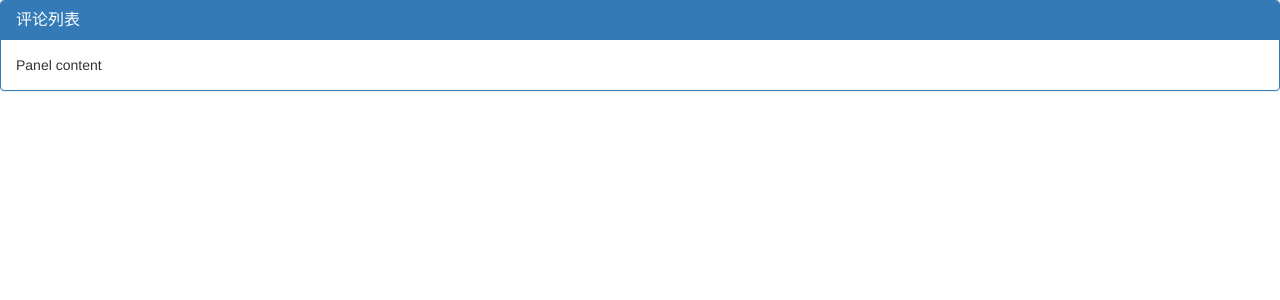
Repository: R1Deemo/ajax
Page: 评论列表.html
These files come from the project's save history. The page is drawn as it stood at one moment and after the next save; the edit follows.
The browser window is 1280 px wide. The pictures show the whole page.

Above is the page before, as saved 2022-10-26 10:08:39.

### 评论列表.html
<!DOCTYPE html>
<html lang="en">

<head>
    <meta charset="UTF-8">
    <meta http-equiv="X-UA-Compatible" content="IE=edge">
    <meta name="viewport" content="width=device-width, initial-scale=1.0">
    <title>Document</title>
    <link rel="stylesheet" href="./lib/bootstrap.css">
    <script src="./lib/jquery.js"></script>
</head>

<body>
    <div>

        <div class="panel panel-primary">
            <div class="panel-heading">
                <h3 class="panel-title">评论列表</h3>
            </div>
            <div class="panel-body">
                Panel content
            </div>
        </div>

    </div>

</body>

</html>

Loaded but not shown: lib/bootstrap.css (library); lib/jquery.js (library)

After the next save:
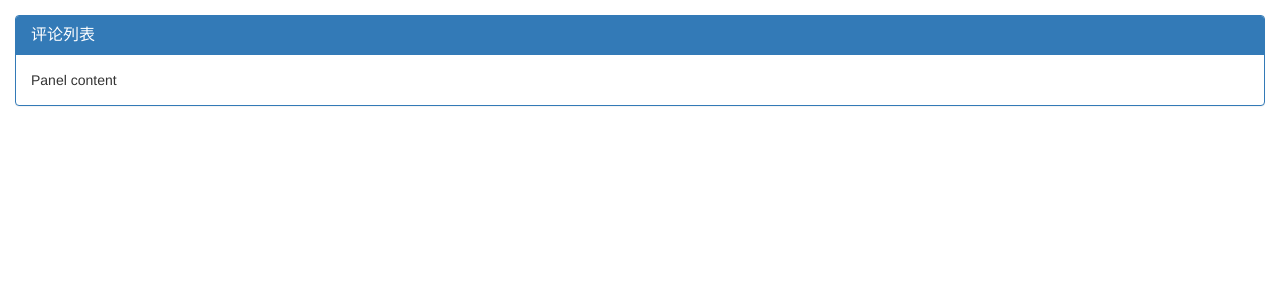
Saved 118 s later.
--- a/评论列表.html
+++ b/评论列表.html
@@ -6,11 +6,11 @@
     <meta http-equiv="X-UA-Compatible" content="IE=edge">
     <meta name="viewport" content="width=device-width, initial-scale=1.0">
     <title>Document</title>
-    <link rel="stylesheet" href="./lib/bootstrap.css">
+    <link rel="stylesheet" href="./lib/bootstrap.css" />
     <script src="./lib/jquery.js"></script>
 </head>
 
-<body>
+<body style="padding: 15px;">
     <div>
 
         <div class="panel panel-primary">
